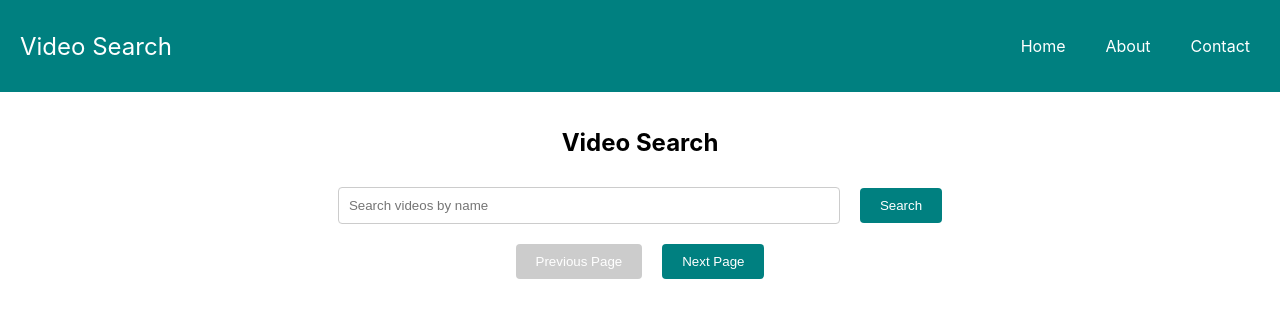
Repository: LolaSL/video-search
Page: /
An editor plug-in stored every save of this project. The page is shown before and after the next save, followed by the edit.
The browser window is 1280 px wide. The pictures show the whole page.
The project was rebuilt for these pictures with package versions that can differ from the ones it lists, and the page was loaded fresh each time.

Above is the page before, as saved 2023-08-12 13:46:04.

After the next save:
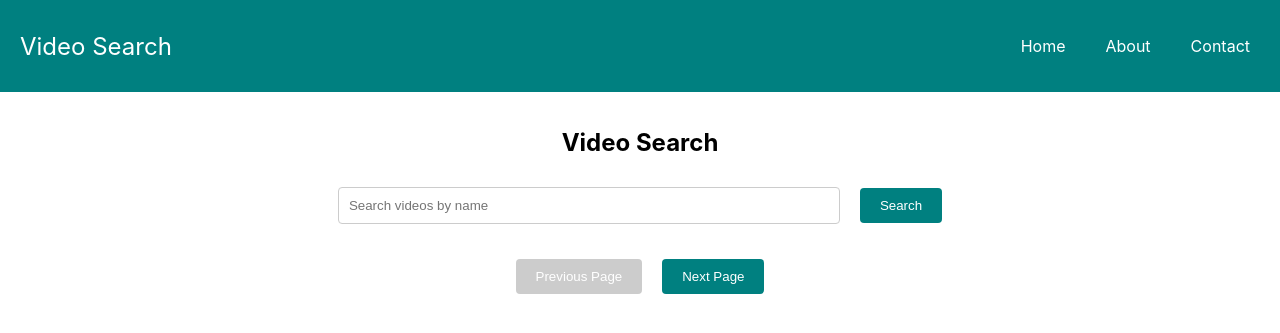
Saved 7 s later.
--- a/src/App.css
+++ b/src/App.css
@@ -26,7 +26,7 @@
   -moz-box-shadow: 0 0 5px #888;
 -webkit-box-shadow: 0 0 5px #888;
 box-shadow: 0 0 5px #888;
-mar
+margin: 15px;
 }
 button {
   margin: 10px;

After the 3 saves that followed:
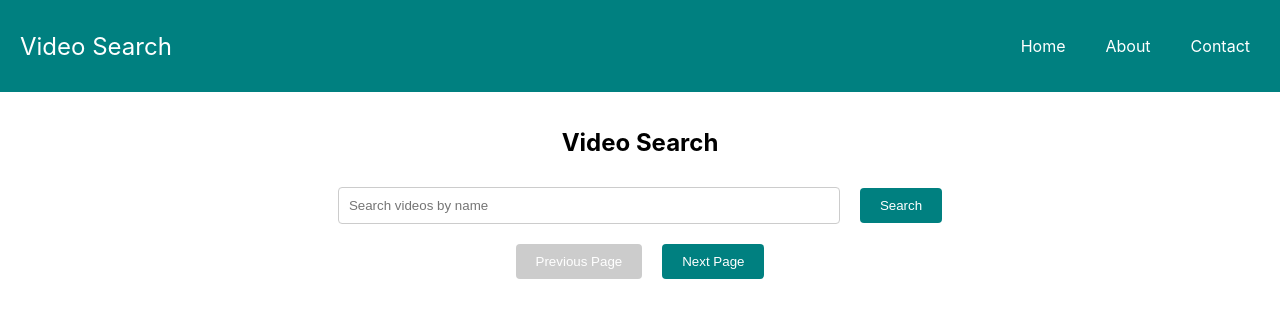
The 3 saves are shown as one change because 1 left the picture as it was and some came seconds apart.
The last was saved 24 s later.
--- a/src/App.css
+++ b/src/App.css
@@ -22,12 +22,14 @@
   border: 1px solid #ccc;
   border-radius: 4px;
 }
+
 .video-box {
   -moz-box-shadow: 0 0 5px #888;
 -webkit-box-shadow: 0 0 5px #888;
 box-shadow: 0 0 5px #888;
 margin: 15px;
 }
+
 button {
   margin: 10px;
   padding: 10px 20px;
--- a/src/VideoSearch.jsx
+++ b/src/VideoSearch.jsx
@@ -39,7 +39,8 @@ const VideoSearch = () => {
         />
         <button onClick={() => handlePageChange(1)}>Search</button>
 
-        <div className="video-box">
+            <div className="video
+        ">
           {videos.map((video) => (
             <div key={video.id.videoId}>
               <h2>{video.snippet.title}</h2>
